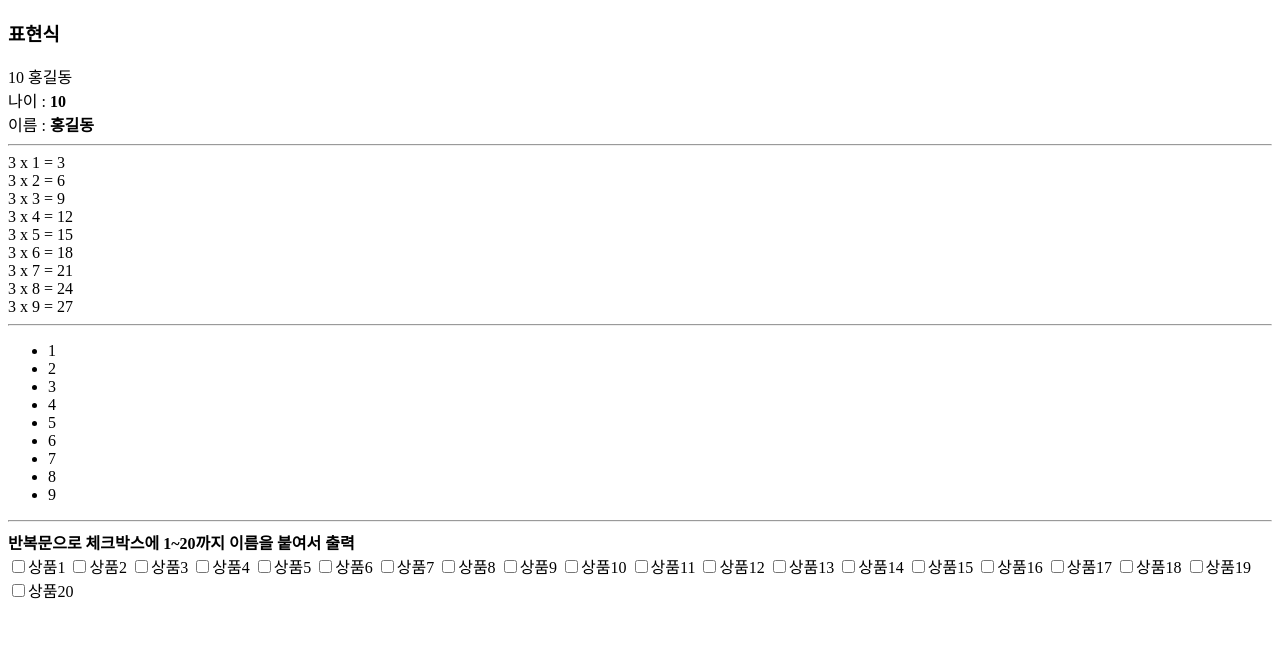
Repository: sun2898/JSP
Page: http://localhost/JSPBasic/jsptag/scriptlet02.jsp
An editor plug-in stored every save of this project. The page is shown before and after the next save, followed by the edit.
The browser window is 1280 px wide. The pictures show the whole page.
The page is served by Tomcat 9. Nobody is signed in. The application's start-up code is not run.

Above is the page before, as saved 2023-06-01 06:53:41.

After the next save:
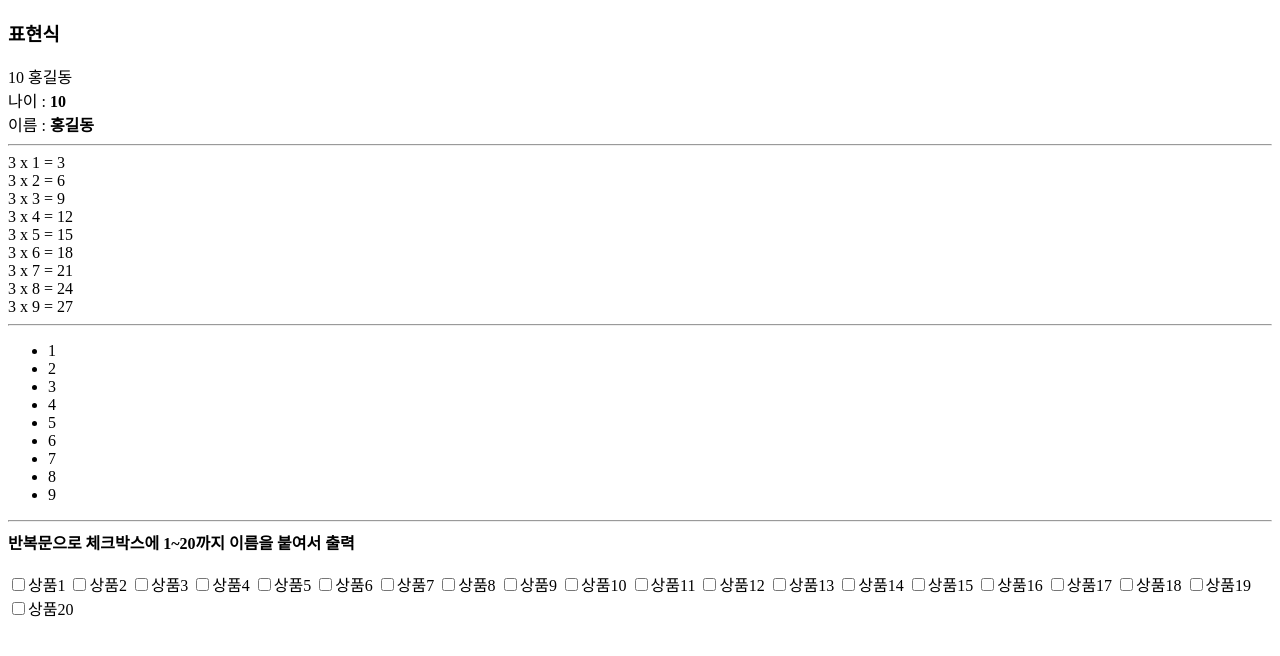
Saved 42 s later.
--- a/JSPBasic/src/main/webapp/jsptag/scriptlet02.jsp
+++ b/JSPBasic/src/main/webapp/jsptag/scriptlet02.jsp
@@ -40,7 +40,7 @@
 	</ul>
 
 	<hr/>
-	<hr3><b>반복문으로 체크박스에 1~20까지 이름을 붙여서 출력</b></hr3>
+	<hr3><b>반복문으로 체크박스에 1~20까지 이름을 붙여서 출력</b></hr3><br/>
 	<br/>
 	<%for(int  i = 1; i <= 20; i++) {%>
 	<input type = "checkbox" name = "product">상품<%=i %>
